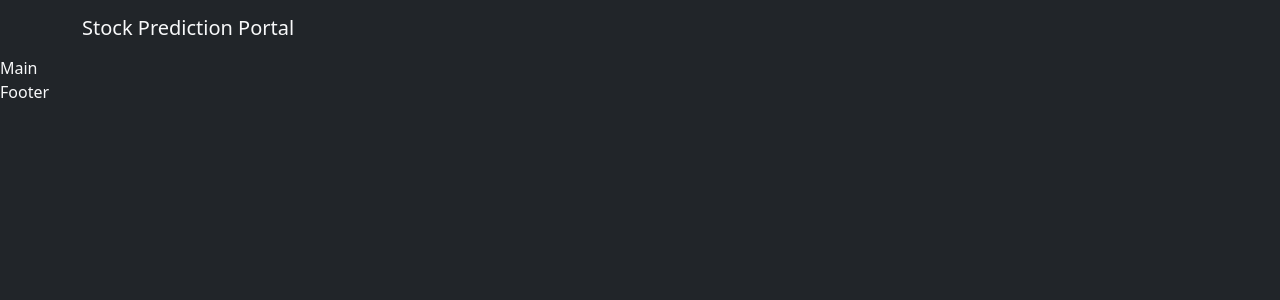
Repository: killerTiger10/stock-prediction-portal
Page: / (app in frontend-react/)
The author's editor kept a copy of each file at every save. The page is drawn from the files as they stood at one save, then again after the next save.
The browser window is 1280 px wide. The pictures show the whole page.
The project was rebuilt for these pictures with package versions that can differ from the ones it lists, and the page was loaded fresh each time. Also part of the build but not shown: frontend-react/vite.config.js.

Above is the page before, as saved 2025-06-13 23:58:14.

### frontend-react/index.html
<!DOCTYPE html>
<html lang="en">
  <head>
    <meta charset="UTF-8" />
    <link rel="icon" type="image/svg+xml" href="/vite.svg" />
    <meta name="viewport" content="width=device-width, initial-scale=1.0" />
    <title>Stock Prediction Portal</title>
    <link
      href="https://cdn.jsdelivr.net/npm/bootstrap@5.0.2/dist/css/bootstrap.min.css"
      rel="stylesheet"
    />
  </head>
  <body>
    <div id="root"></div>
    <script type="module" src="/src/main.jsx"></script>
    <script src="https://cdn.jsdelivr.net/npm/bootstrap@5.0.2/dist/js/bootstrap.bundle.min.js"></script>
  </body>
</html>

### frontend-react/src/App.jsx
import { useState } from "react";
import "./assets/css/style.css";
import Footer from "./components/Footer";
import Header from "./components/Header";
import Main from "./components/Main";
function App() {
  const [count, setCount] = useState(0);

  return (
    <>
      <Header />
      <Main />
      <Footer />
    </>
  );
}

export default App;

### frontend-react/src/assets/css/style.css
body {
  background-color: #212529;
}

### frontend-react/src/components/Footer.jsx
import React from "react";

const Footer = () => {
  return <div className="text-light">Footer</div>;
};

export default Footer;

### frontend-react/src/components/Header.jsx
import React from "react";

const Header = () => {
  return (
    <>
      <nav className="navbar container">
        <a href="" className="navbar-brand text-light">
          Stock Prediction Portal
        </a>
      </nav>
    </>
  );
};

export default Header;

### frontend-react/src/components/Main.jsx
import React from "react";

const Main = () => {
  return <div className="text-light">Main</div>;
};

export default Main;

Loaded but not shown: frontend-react/src/main.jsx (common file)

After the next save:
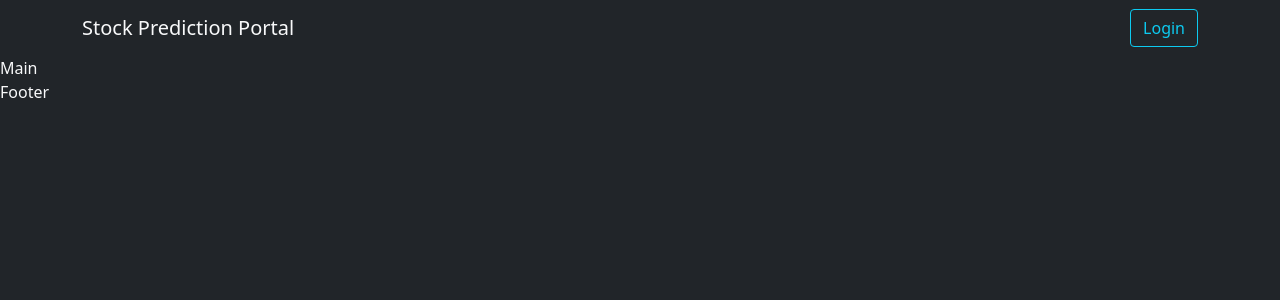
Saved 51 s later.
--- a/frontend-react/src/components/Header.jsx
+++ b/frontend-react/src/components/Header.jsx
@@ -7,6 +7,11 @@ const Header = () => {
         <a href="" className="navbar-brand text-light">
           Stock Prediction Portal
         </a>
+        <div>
+          <a href="" className="btn btn-outline-info">
+            Login
+          </a>
+        </div>
       </nav>
     </>
   );
